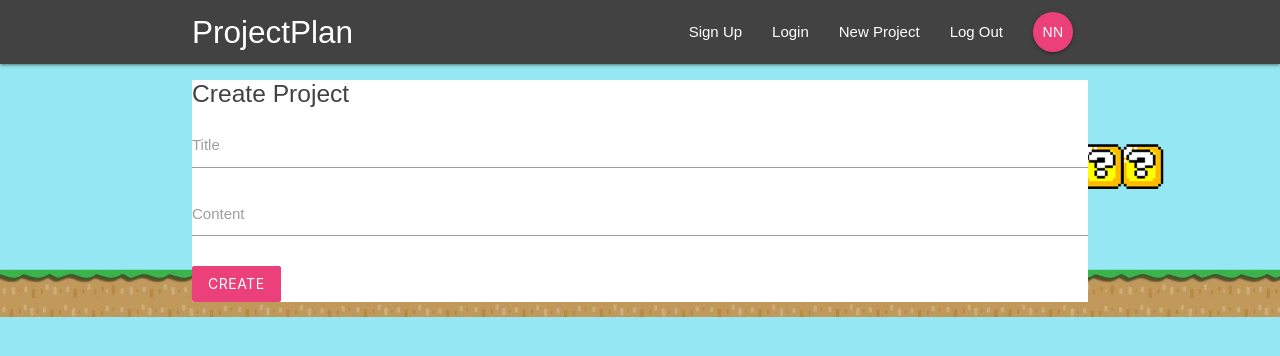
Repository: Ranjan08385/React-Firebase-Project
Page: /create
An editor plug-in stored every save of this project. The page is shown before and after the next save, followed by the edit.
The browser window is 1280 px wide. The pictures show the whole page.
The project was rebuilt for these pictures with package versions that can differ from the ones it lists, and the page was loaded fresh each time. Also part of the build but not shown: src/Components/dashboard/Notification.js, src/Components/projects/ProjectSummary.js, src/Components/projects/ProjectList.js, src/Components/dashboard/Dashboard.js, src/Components/projects/ProjectDetails.js, src/Components/auth/SignIn.js, src/Components/auth/SignUp.js.

Above is the page before, as saved 2019-10-10 13:01:12.

### public/index.html
<!DOCTYPE html>
<html lang="en">
  <head>
    <meta charset="utf-8" />
    <link rel="icon" href="%PUBLIC_URL%/favicon.ico" />
    <meta name="viewport" content="width=device-width, initial-scale=1" />
    <meta name="theme-color" content="#000000" />
    <meta
      name="description"
      content="Web site created using create-react-app"
    />
    <link rel="apple-touch-icon" href="logo192.png" />
    <!--
      manifest.json provides metadata used when your web app is installed on a
      user's mobile device or desktop. See https://developers.google.com/web/fundamentals/web-app-manifest/
    -->
    <link rel="manifest" href="%PUBLIC_URL%/manifest.json" />
    <!--
      Notice the use of %PUBLIC_URL% in the tags above.
      It will be replaced with the URL of the `public` folder during the build.
      Only files inside the `public` folder can be referenced from the HTML.

      Unlike "/favicon.ico" or "favicon.ico", "%PUBLIC_URL%/favicon.ico" will
      work correctly both with client-side routing and a non-root public URL.
      Learn how to configure a non-root public URL by running `npm run build`.
    -->
    <!--Import Google Icon Font-->
    <!-- Compiled and minified CSS -->
    <link
      rel="stylesheet"
      href="https://cdnjs.cloudflare.com/ajax/libs/materialize/1.0.0/css/materialize.min.css"
    />

    <!-- Compiled and minified JavaScript -->
    <script src="https://cdnjs.cloudflare.com/ajax/libs/materialize/1.0.0/js/materialize.min.js"></script>
    <title>React App</title>
  </head>
  <body>
    <noscript>You need to enable JavaScript to run this app.</noscript>
    <div id="root"></div>
    <!--
      This HTML file is a template.
      If you open it directly in the browser, you will see an empty page.

      You can add webfonts, meta tags, or analytics to this file.
      The build step will place the bundled scripts into the <body> tag.

      To begin the development, run `npm start` or `yarn start`.
      To create a production bundle, use `npm run build` or `yarn build`.
    -->
  </body>
</html>

### src/index.css
body {
  margin: 0;
  padding: 0;
  font-family: sans-serif;
  background: url(/public/img/project-bg.png) no-repeat;
  background-size: 100%;
  background-position: bottom;
  background-color: #95e8f3;
}

### src/App.js
import React from "react";
import { BrowserRouter as Router, Route, Switch } from "react-router-dom";
import Navbar from "./Components/layouts/Navbar";
import Dashboard from "./Components/dashboard/Dashboard";
import ProjectDetails from "./Components/projects/ProjectDetails";
import SignIn from "./Components/auth/SignIn";
import SignUp from "./Components/auth/SignUp";
import CreateProject from "./Components/projects/CreateProject";

function App() {
  return (
    <Router>
      <div className="App">
        <Navbar />
        <Switch>
          <Route exact path="/" component={Dashboard} />
          <Route path="/project/:id" component={ProjectDetails} />
          <Route path="/signin" component={SignIn} />
          <Route path="/signup" component={SignUp} />
          <Route path="/create" component={CreateProject} />
        </Switch>
      </div>
    </Router>
  );
}

export default App;

### src/Components/layouts/Navbar.js
import React from "react";
import { Link } from "react-router-dom";
import SignInLink from "./SignInLink";
import SignOutLink from "./SignOutLink";
const Navbar = () => {
  return (
    <nav className="nav-wrapper grey darken-3">
      <div className="container">
        <Link to="/" className="brand-logo">
          ProjectPlan
        </Link>
        <SignInLink />
        <SignOutLink />
      </div>
    </nav>
  );
};

export default Navbar;

### src/Components/projects/CreateProject.js
import React, { Component } from "react";

class CreateProject extends Component {
  constructor(props) {
    super(props);

    this.state = {
      title: "",
      content: ""
    };
  }

  handleChange = e => {
    this.setState({
      [e.target.id]: e.target.value
    });
  };

  handleSubmit = e => {
    e.preventDefault();
    console.log(this.state);
  };

  render() {
    return (
      <div className="container">
        <form onSubmit={this.handleSubmit} className="white">
          <h5 className="grey-text text-darken-3">Create Project</h5>
          <div className="input-field">
            <label htmlFor="title">Title</label>
            <input type="text" id="title" onChange={this.handleChange} />
          </div>
          <div className="input-field">
            <label htmlFor="content">Content</label>
            <textarea
              id="content"
              onChange={this.handleChange}
              className="materialize-textarea"
            />
          </div>
          <div className="input-field">
            <button className="btn pink lighten-1 z-depth-0">Create</button>
          </div>
        </form>
      </div>
    );
  }
}

export default CreateProject;

### src/Components/layouts/SignInLink.js
import React from "react";
import { NavLink } from "react-router-dom";
const SignInLink = () => {
  return (
    <ul className="right">
      <li>
        <NavLink to="/create">New Project</NavLink>
      </li>
      <li>
        <NavLink to="/">Log Out</NavLink>
      </li>
      <li>
        <NavLink to="/" className="btn btn-floating pink lighten-1">
          NN
        </NavLink>
      </li>
    </ul>
  );
};

export default SignInLink;

### src/Components/layouts/SignOutLink.js
import React from "react";
import { NavLink } from "react-router-dom";
const SignOutLink = () => {
  return (
    <ul className="right">
      <li>
        <NavLink to="/signup">Sign Up</NavLink>
      </li>
      <li>
        <NavLink to="/signin">Login</NavLink>
      </li>
    </ul>
  );
};

export default SignOutLink;

Loaded but not shown: src/index.js (common file); src/serviceWorker.js (common file)

After the next save:
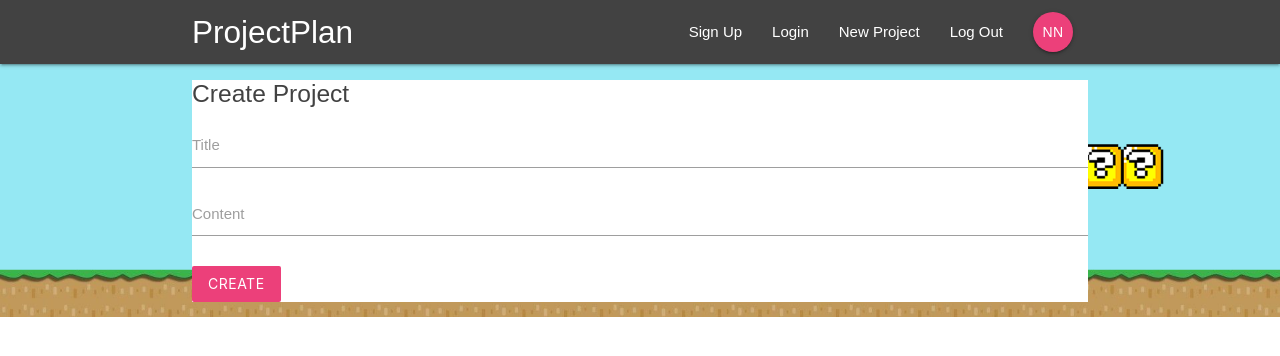
Saved 60 s later.
--- a/src/index.css
+++ b/src/index.css
@@ -5,5 +5,5 @@
   background: url(/public/img/project-bg.png) no-repeat;
   background-size: 100%;
   background-position: bottom;
-  background-color: #95e8f3;
+  /* background-color: #95e8f3; */
 }
